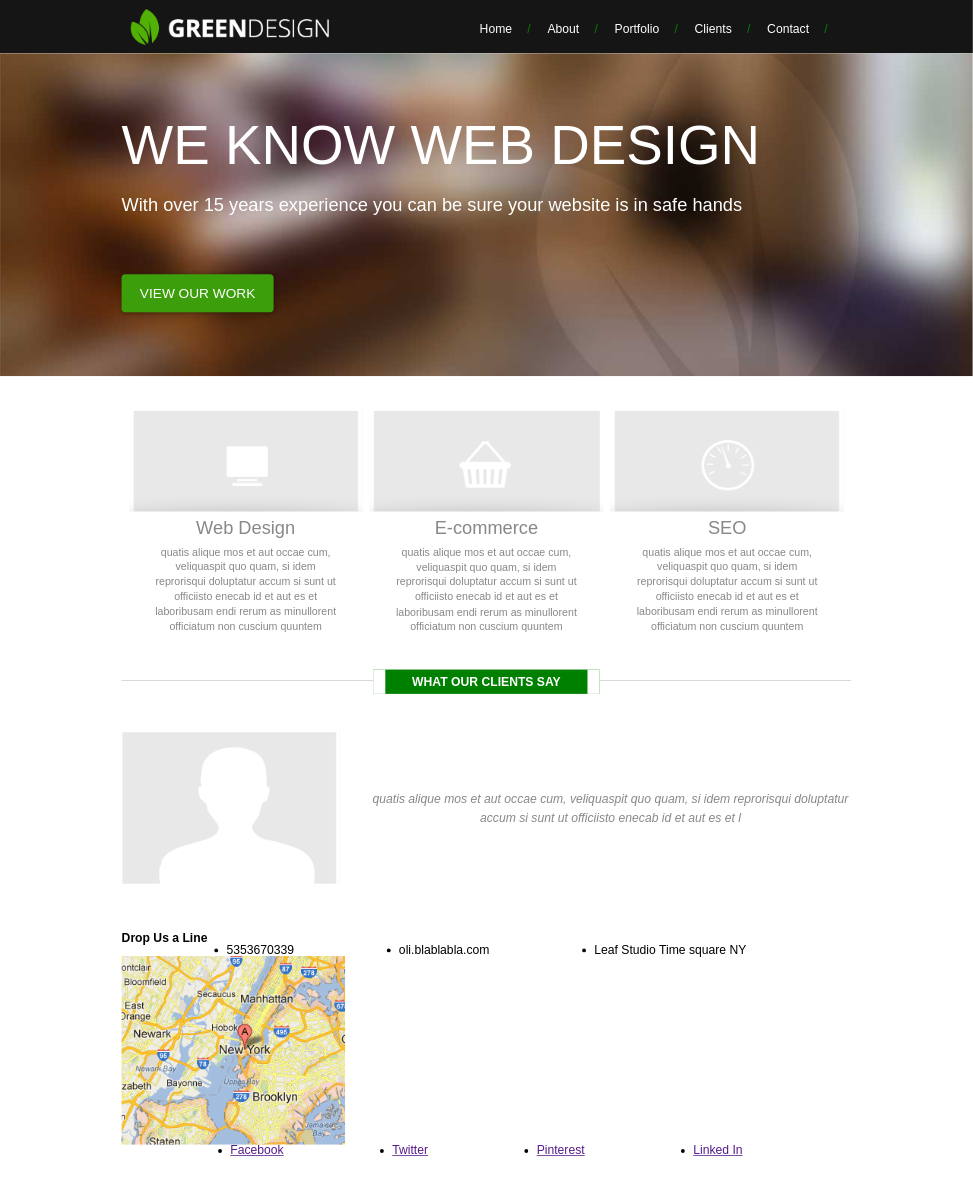
Repository: Piterwk1/psd-to-html
Page: website/index.html
These files come from the project's save history. The page is drawn as it stood at one moment and after the next save; the edit follows.
The browser window is 1280 px wide. The pictures show the whole page, at 76% of full size.

Above is the page before, as saved 2021-09-14 21:47:59.
Not found: website/images/quots.jpg

After the next save:
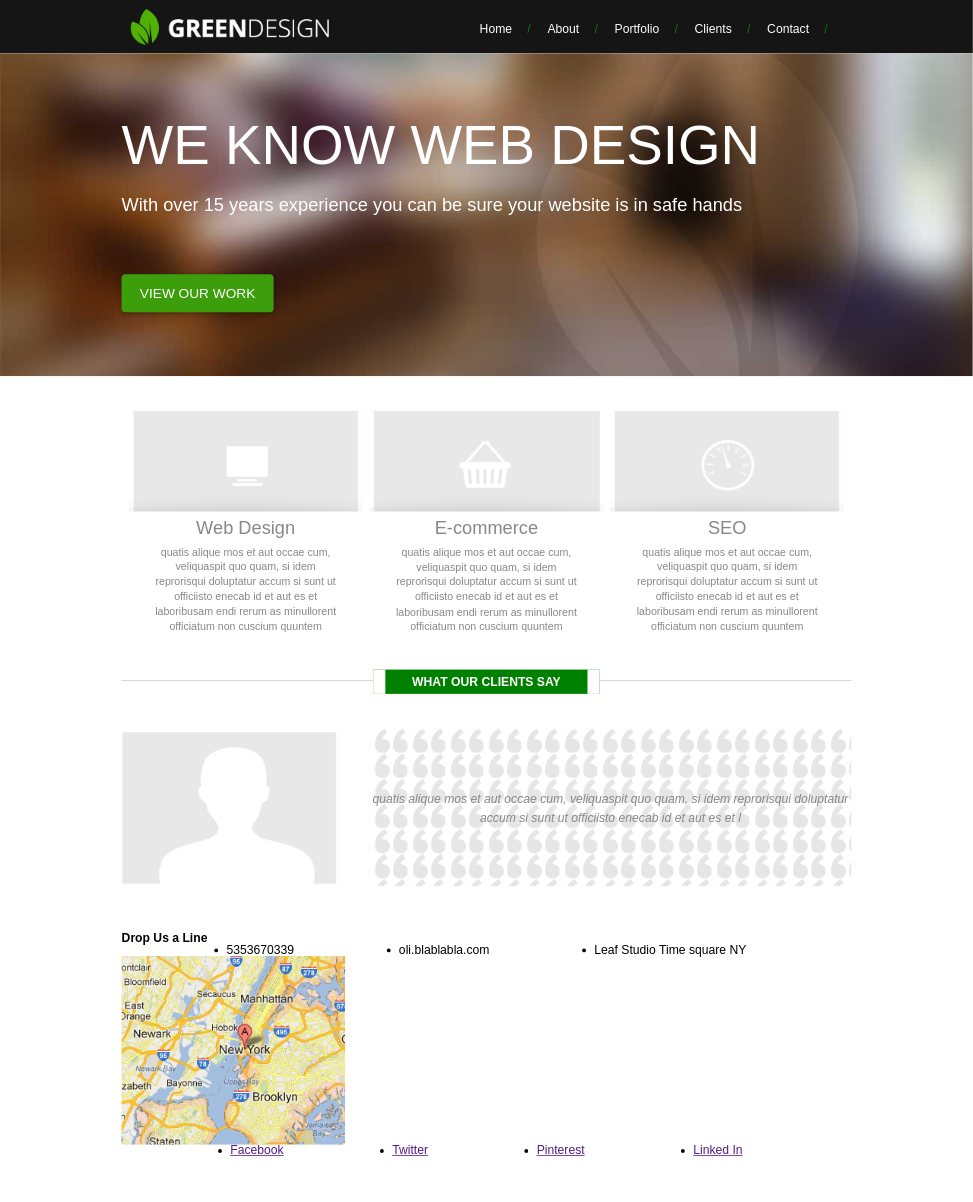
Saved 6 s later.
--- a/website/style.css
+++ b/website/style.css
@@ -356,5 +356,5 @@ border-right: 16px solid #fff;
     line-height: 1.6em;
     color: #888;
     padding-top: 80px;
-    background: url(images/quots.jpg);
-}
+    background: url(images/quotes.png);
+}
